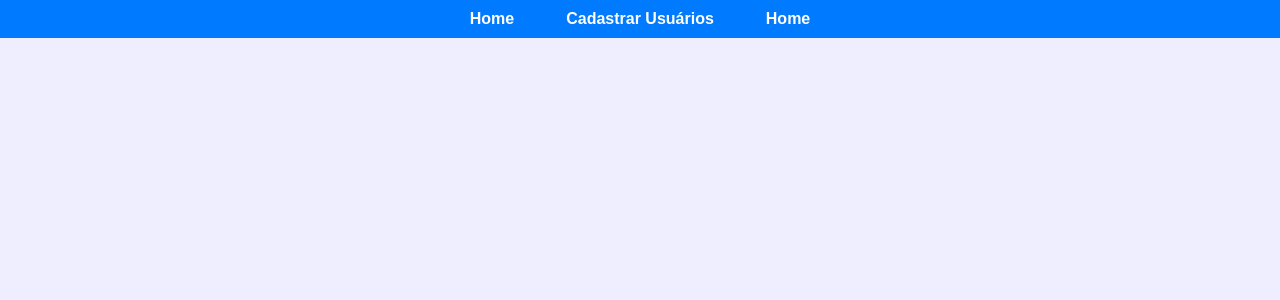
Repository: diegoeiti/Logica-Programacao
Page: http://localhost/paginas/verificarUsuario
The author's editor kept a copy of each file at every save. The page is drawn from the files as they stood at one save, then again after a run of saves.
The browser window is 1280 px wide. The pictures show the whole page.
The page is run by PHP 8.4 with error messages shown; the project is at /var/www/html/.

Above is the page before, as saved 2025-10-31 09:11:26.

### Modulo 3 - PHP/Aula 20 CRUDalunos/paginas/verificarUsuario.php
<!DOCTYPE html>
<html lang="pt-br">
<head>
    <meta charset="UTF-8">
    <meta name="viewport" content="width=device-width, initial-scale=1.0">
    <title>Verificar Usuário</title>
    <link rel="stylesheet" href="../estilos/styleVerificar.css">
</head>
<body>

    <header>
        <nav>
            <ul>
                <li><a href="..index/html">Home</a></li>
                <li><a href="..index/html">Cadastrar Usuários</a></li>
                <li><a href="..index/html">Home</a></li>
            </ul>
        </nav>
    </header>

</body>
</html>

### Modulo 3 - PHP/Aula 20 CRUDalunos/estilos/styleVerificar.css
* {
    box-sizing: border-box;
}

body {
    font-family: Arial, sans-serif;
    background-color: #eef;
    margin: 0;
    padding: 0;
}


header {
    background-color: #007bff;
    padding: 10px 0;
    color: white;
}
nav ul {
    list-style: none;
    display: flex;
    justify-content: center;
    gap: 20px;
    padding: 0;
    margin: 0;
}

nav ul li a {
    text-decoration: none;
    color: white;
    font-weight: bold;
    padding: 8px 16px;
    border-radius: 5px;
    transition: background 0.3s;
}
nav ul li a:hover {
    background-color: #0056b3;
}

main {
    display: flex;
    flex-direction: column;
    align-items: center;
    height: calc(100vh - 60px);
    padding: 20px;
    width: 70vw;
    margin: auto;
}

#containerSection {
    width: 50%;
}

section {
    width: 80%;
}

form {
    display: flex;
    flex-direction: row;
    justify-content: space-around;
    align-items: center;
}

#form-nota {
    display: flex;
    flex-direction: column;
    justify-content: space-around;
    align-items: center;
}

#curso, input[type="email"] {
    width: 80%;
    padding: 8px;
    border-radius: 4px;
    border: 1px solid #ccc;
}
input[type="number"] {
    width: 80%;
    padding: 4px;
    border-radius: 4px;
    border: 1px solid #ccc;
    text-align: center;
}

input[type="submit"] {
    padding: 8px;
    background-color: #007bff;
    color: white;
    border: none;
    border-radius: 6px;
    cursor: pointer;
}

input[type="submit"]:hover {
    background-color: #0056b3;
}

table {
    width: 100%;
    border-collapse: collapse;
    margin: 20px 0;
    font-family: Arial, sans-serif;
    box-shadow: 0 2px 5px rgba(0, 0, 0, 0.1);
}

thead {
    background-color: #007bff;
    color: white;
}

th, td {
    padding: 10px;
    text-align: left;
    border: 1px solid #ddd;
    text-align: center;
}

th {
    font-weight: bold;
    font-size: 1.1em;
}

tr:nth-child(even) {
    background-color: #f2f2f2;
}

tr:hover {
    background-color: #f1f1f1;
}

table td {
    font-size: 1em;
    color: #333;
}

table {
    border-radius: 8px;
    overflow: hidden;
}

.mensagem {
    margin-top: 15px;
    padding: 10px;
    border-radius: 6px;
    text-align: center;
    font-weight: bold;
}

.erro {
    background-color: #f8d7da;
    color: #721c24;
}

#btn-excluir {
    background-color: #e74c3c; /* Vermelho */
    color: white;
    padding: 10px 15px;
    border: none;
    border-radius: 5px;
    cursor: pointer;
    font-size: 14px;
    transition: background-color 0.3s;
}

/* Alterando a cor de fundo quando o mouse passa por cima */
#btn-excluir:hover {
    background-color: #c0392b;
}

#botao-nota {
    display: block;
}

After the next 2 saves:
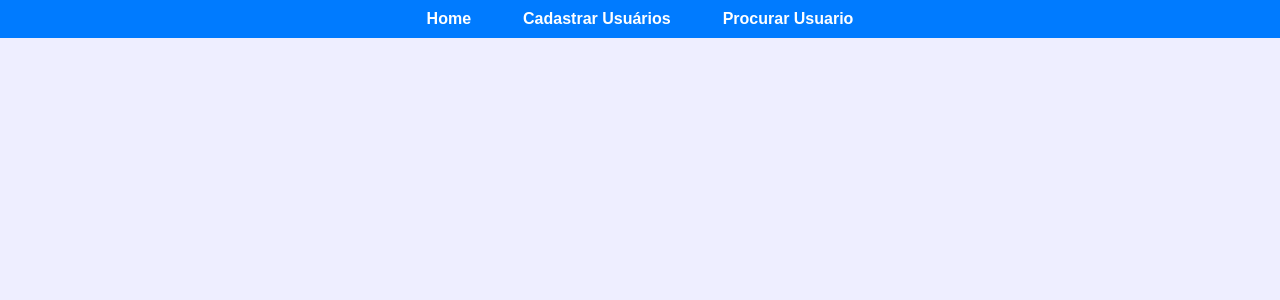
The 2 saves are shown as one change because they came seconds apart.
The last was saved 6 s later.
--- a/Modulo 3 - PHP/Aula 20 CRUDalunos/paginas/verificarUsuario.php
+++ b/Modulo 3 - PHP/Aula 20 CRUDalunos/paginas/verificarUsuario.php
@@ -13,7 +13,7 @@
             <ul>
                 <li><a href="..index/html">Home</a></li>
                 <li><a href="..index/html">Cadastrar Usuários</a></li>
-                <li><a href="..index/html">Home</a></li>
+                <li><a href="..index/html">Procurar Usuario</a></li>
             </ul>
         </nav>
     </header>
